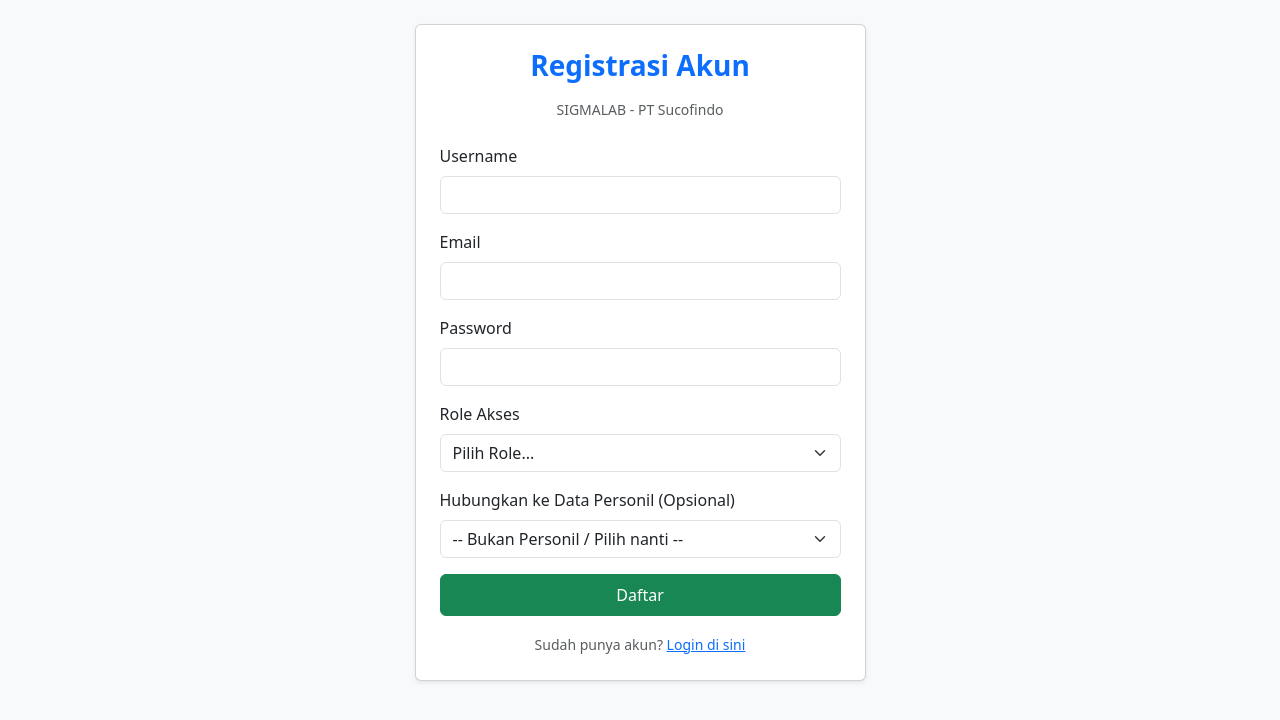
Repository: amelianeesa/sigmalab
Page: http://localhost/register
An editor plug-in stored every save of this project. The page is shown before and after the next save, followed by the edit.
The browser window is 1280 px wide. The pictures show the whole page.
The page is served by the project's Laravel application, run on PHP 8.4 with Laravel 12. Other server files are loaded and not shown. Queries for data that is not in the repository find no rows.

Above is the page before, as saved 2026-08-05 10:27:03.

### routes/web.php
<?php

use Illuminate\Support\Facades\Route;

use App\Http\Controllers\AuthController;
use App\Http\Controllers\SdmController;

//bawaan
Route::get('/', function () {
    return view('welcome');
});

Route::get('/', [AuthController::class, 'showLogin']);
Route::get('/login', [AuthController::class, 'showLogin'])->name('login');
Route::post('/login', [AuthController::class, 'processLogin'])->name('login.process');

Route::get('/register', [AuthController::class, 'showRegister'])->name('register');
Route::post('/register', [AuthController::class, 'processRegister'])->name('register.process');

Route::post('/logout', [AuthController::class, 'logout'])->name('logout');

// Middleware Auth untuk halaman privat
Route::middleware(['auth'])->group(function () {
    Route::get('/dashboard', [SdmController::class, 'index'])->name('dashboard');
    Route::get('/sdm', [SdmController::class, 'index'])->name('sdm.index');
    Route::get('/sdm/kompetensi', [SdmController::class, 'kompetensi'])->name('sdm.kompetensi');
});

### app/Http/Controllers/AuthController.php
<?php

namespace App\Http\Controllers;

use Illuminate\Http\Request;
use Illuminate\Support\Facades\Auth;
use Illuminate\Support\Facades\Hash;
use App\Models\User;
use App\Models\Role;
use App\Models\Personil;

class AuthController extends Controller
{
    public function showLogin()
    {
        return view('auth.login');
    }

    public function processLogin(Request $request)
    {
        $credentials = $request->validate([
            'username' => ['required'],
            'password' => ['required'],
        ]);

        $fieldType = filter_var($request->username, FILTER_VALIDATE_EMAIL) ? 'email' : 'username';

        if (Auth::attempt([$fieldType => $request->username, 'password' => $request->password])) {
            $user = Auth::user();
            if ($user->status_aktif == 1) {
                $request->session()->regenerate();
                return redirect()->intended('/dashboard');
            } else {
                Auth::logout();
                return back()->withErrors(['username' => 'Akun Anda non-aktif. Hubungi Admin.']);
            }
        }

        return back()->withErrors(['username' => 'Username/Email atau Password salah.']);
    }

    public function showRegister()
    {
        $roles = Role::all();
        $personil = Personil::all();
        return view('auth.register', compact('roles', 'personil'));
    }

    public function processRegister(Request $request)
    {
        $request->validate([
            'username' => 'required|string|max:50|unique:users',
            'email'    => 'required|string|email|max:100|unique:users',
            'password' => 'required|string|min:6',
            'role_id'  => 'required|exists:roles,roles_id',
        ]);

        User::create([
            'personil_id' => $request->personil_id ?: null,
            'username'    => $request->username,
            'email'       => $request->email,
            'password'    => Hash::make($request->password),
            'role_id'     => $request->role_id,
            'status_aktif'=> 1
        ]);

        return redirect('/login')->with('success', 'Registrasi berhasil! Silakan login.');
    }

    public function logout(Request $request)
    {
        Auth::logout();
        $request->session()->invalidate();
        $request->session()->regenerateToken();
        return redirect('/login');
    }
}

### app/Models/Role.php
<?php

namespace App\Models;

use Illuminate\Database\Eloquent\Factories\HasFactory;
use Illuminate\Database\Eloquent\Model;

class Role extends Model
{
    use HasFactory;

    protected $table = 'roles';          // Sesuaikan dengan nama tabel di database
    protected $primaryKey = 'roles_id';   // Sesuaikan dengan primary key di database

    protected $fillable = [
        'nama_role',
    ];
}

### app/Models/Personil.php
<?php

namespace App\Models;

use Illuminate\Database\Eloquent\Factories\HasFactory;
use Illuminate\Database\Eloquent\Model;

class Personil extends Model
{
    use HasFactory;

    protected $table = 'personil';
    protected $primaryKey = 'personil_id';

    protected $fillable = [
        'nama',
        'jabatan',
        'unit_kerja',
        'no_induk',
        'file_cv',
        'status_aktif',
    ];

    public function kompetensi()
    {
        return $this->hasMany(KompetensiPersonil::class, 'personil_id', 'personil_id');
    }
}

### resources/views/auth/register.blade.php
<!DOCTYPE html>
<html lang="id">
<head>
    <meta charset="UTF-8">
    <title>Register - SIGMALAB Sucofindo</title>
    <link href="https://cdn.jsdelivr.net/npm/bootstrap@5.3.0/dist/css/bootstrap.min.css" rel="stylesheet">
</head>
<body class="bg-light d-flex align-items-center py-4">
    <div class="container">
        <div class="row justify-content-center">
            <div class="col-md-5">
                <div class="card shadow-sm">
                    <div class="card-body p-4">
                        <h3 class="text-center mb-3 fw-bold text-primary">Registrasi Akun</h3>
                        <p class="text-center text-muted small mb-4">SIGMALAB - PT Sucofindo</p>

                        <form action="/auth/processRegister" method="post">
                            <?= csrf_field() ?>
                            <div class="mb-3">
                                <label class="form-label">Username</label>
                                <input type="text" name="username" class="form-control" value="<?= old('username') ?>" required>
                            </div>
                            <div class="mb-3">
                                <label class="form-label">Email</label>
                                <input type="email" name="email" class="form-control" value="<?= old('email') ?>" required>
                            </div>
                            <div class="mb-3">
                                <label class="form-label">Password</label>
                                <input type="password" name="password" class="form-control" required>
                            </div>
                            <div class="mb-3">
                                <label class="form-label">Role Akses</label>
                                <select name="role_id" class="form-select" required>
                                    <option value="">Pilih Role...</option>
                                    <?php foreach($roles as $r): ?>
                                        <option value="<?= $r['roles_id'] ?>"><?= $r['nama_role'] ?></option>
                                    <?php endforeach; ?>
                                </select>
                            </div>
                            <div class="mb-3">
                                <label class="form-label">Hubungkan ke Data Personil (Opsional)</label>
                                <select name="personil_id" class="form-select">
                                    <option value="">-- Bukan Personil / Pilih nanti --</option>
                                    <?php foreach($personil as $p): ?>
                                        <option value="<?= $p['personil_id'] ?>"><?= $p['nama'] ?> (<?= $p['jabatan'] ?>)</option>
                                    <?php endforeach; ?>
                                </select>
                            </div>
                            <button type="submit" class="btn btn-success w-100 py-2">Daftar</button>
                        </form>
                        <div class="text-center mt-3">
                            <small class="text-muted">Sudah punya akun? <a href="/login">Login di sini</a></small>
                        </div>
                    </div>
                </div>
            </div>
        </div>
    </div>
    <script src="https://cdn.jsdelivr.net/npm/bootstrap@5.3.0/dist/js/bootstrap.bundle.min.js"></script>
</body>
</html>

Loaded but not shown: app/Http/Controllers/Controller.php (common file)

After the next save:
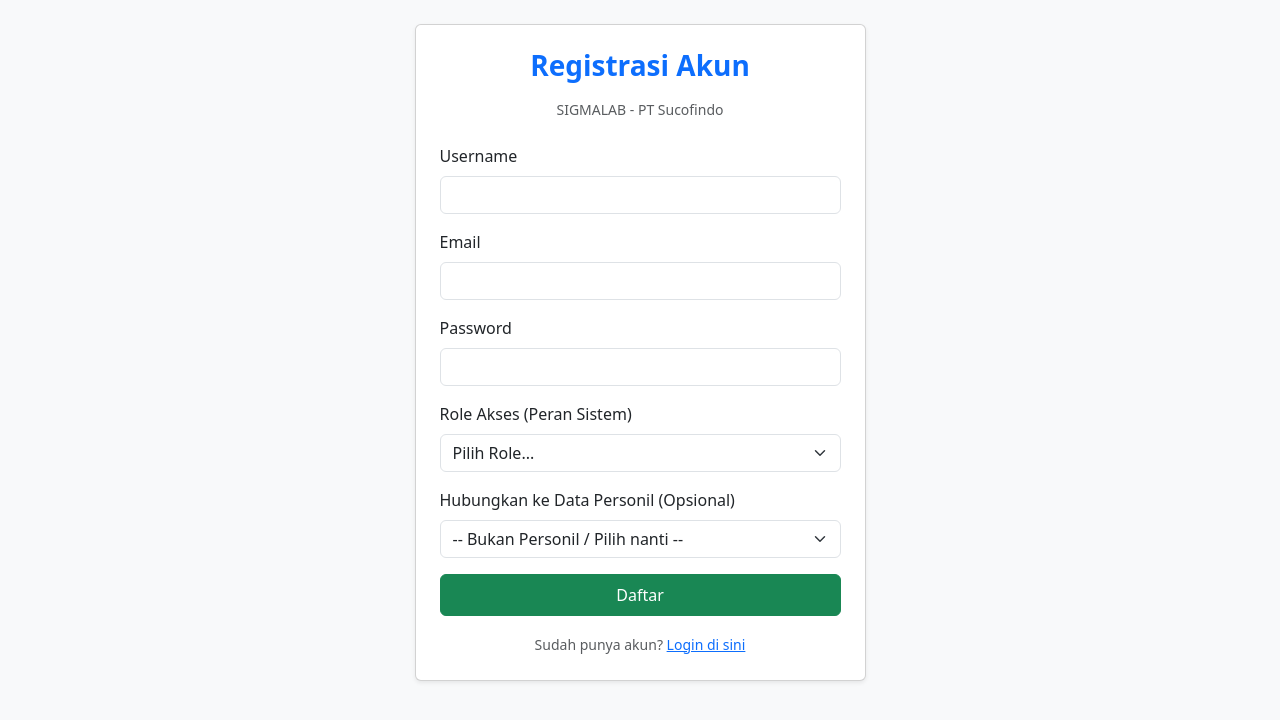
Saved 5 min 29 s later.
--- a/resources/views/auth/register.blade.php
+++ b/resources/views/auth/register.blade.php
@@ -14,42 +14,42 @@
                         <h3 class="text-center mb-3 fw-bold text-primary">Registrasi Akun</h3>
                         <p class="text-center text-muted small mb-4">SIGMALAB - PT Sucofindo</p>
 
-                        <form action="/auth/processRegister" method="post">
-                            <?= csrf_field() ?>
+                        <form action="{{ route('register.process') }}" method="POST">
+                            @csrf
                             <div class="mb-3">
                                 <label class="form-label">Username</label>
-                                <input type="text" name="username" class="form-control" value="<?= old('username') ?>" required>
+                                <input type="text" name="username" class="form-control" value="{{ old('username') }}" required>
                             </div>
                             <div class="mb-3">
                                 <label class="form-label">Email</label>
-                                <input type="email" name="email" class="form-control" value="<?= old('email') ?>" required>
+                                <input type="email" name="email" class="form-control" value="{{ old('email') }}" required>
                             </div>
                             <div class="mb-3">
                                 <label class="form-label">Password</label>
                                 <input type="password" name="password" class="form-control" required>
                             </div>
                             <div class="mb-3">
-                                <label class="form-label">Role Akses</label>
+                                <label class="form-label">Role Akses (Peran Sistem)</label>
                                 <select name="role_id" class="form-select" required>
                                     <option value="">Pilih Role...</option>
-                                    <?php foreach($roles as $r): ?>
-                                        <option value="<?= $r['roles_id'] ?>"><?= $r['nama_role'] ?></option>
-                                    <?php endforeach; ?>
+                                    @foreach($roles as $r)
+                                        <option value="{{ $r->roles_id }}">{{ $r->nama_role }}</option>
+                                    @endforeach
                                 </select>
                             </div>
                             <div class="mb-3">
                                 <label class="form-label">Hubungkan ke Data Personil (Opsional)</label>
                                 <select name="personil_id" class="form-select">
                                     <option value="">-- Bukan Personil / Pilih nanti --</option>
-                                    <?php foreach($personil as $p): ?>
-                                        <option value="<?= $p['personil_id'] ?>"><?= $p['nama'] ?> (<?= $p['jabatan'] ?>)</option>
-                                    <?php endforeach; ?>
+                                    @foreach($personil as $p)
+                                        <option value="{{ $p->personil_id }}">{{ $p->nama }} ({{ $p->jabatan }})</option>
+                                    @endforeach
                                 </select>
                             </div>
                             <button type="submit" class="btn btn-success w-100 py-2">Daftar</button>
                         </form>
                         <div class="text-center mt-3">
-                            <small class="text-muted">Sudah punya akun? <a href="/login">Login di sini</a></small>
+                            <small class="text-muted">Sudah punya akun? <a href="{{ route('login') }}">Login di sini</a></small>
                         </div>
                     </div>
                 </div>
